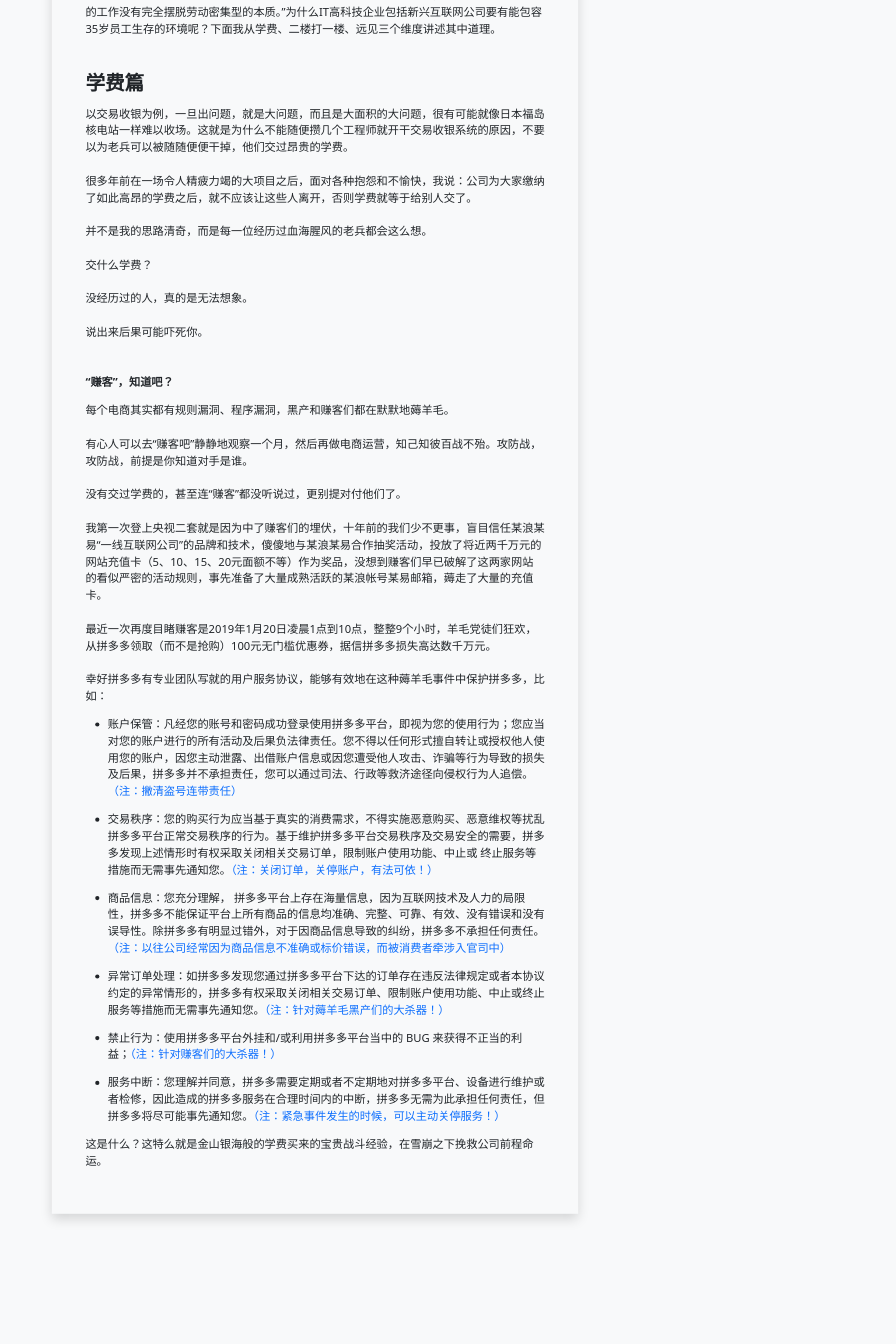
Repository: herjuandlonely/github.io
Page: index-blog.html
An editor plug-in stored every save of this project. The page is shown before and after the next save, followed by the edit.
The browser window is 1280 px wide. The pictures show the part of the page from y = 1080 to 3000 px (the page is 3000 px tall), at 70% of full size.
Backgrounds fixed to the window are drawn as part of the page.

Above is the page before, as saved 2022-06-30 20:02:26.

After the next save:
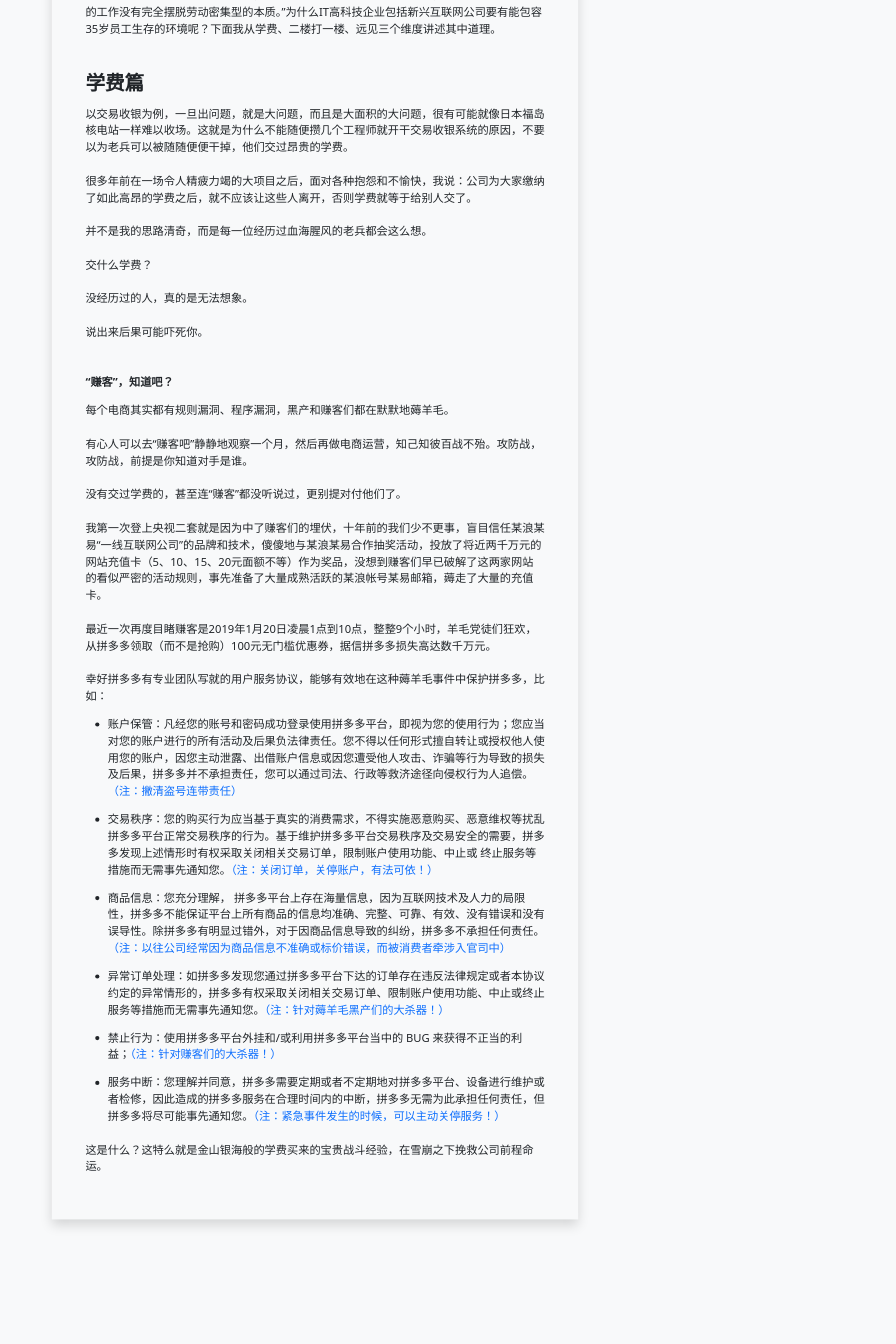
Saved 5 s later.
--- a/index-blog.html
+++ b/index-blog.html
@@ -132,7 +132,7 @@
                             服务中断：您理解并同意，拼多多需要定期或者不定期地对拼多多平台、设备进行维护或者检修，因此造成的拼多多服务在合理时间内的中断，拼多多无需为此承担任何责任，但拼多多将尽可能事先通知您。<span class=" text-primary">（注：紧急事件发生的时候，可以主动关停服务！）</span>
                         </li>
                     </ul>
-                    <p class="mt-3">
+                    <p class="mt-4">
                         这是什么？这特么就是金山银海般的学费买来的宝贵战斗经验，在雪崩之下挽救公司前程命运。
                     </p>
                 </div>
